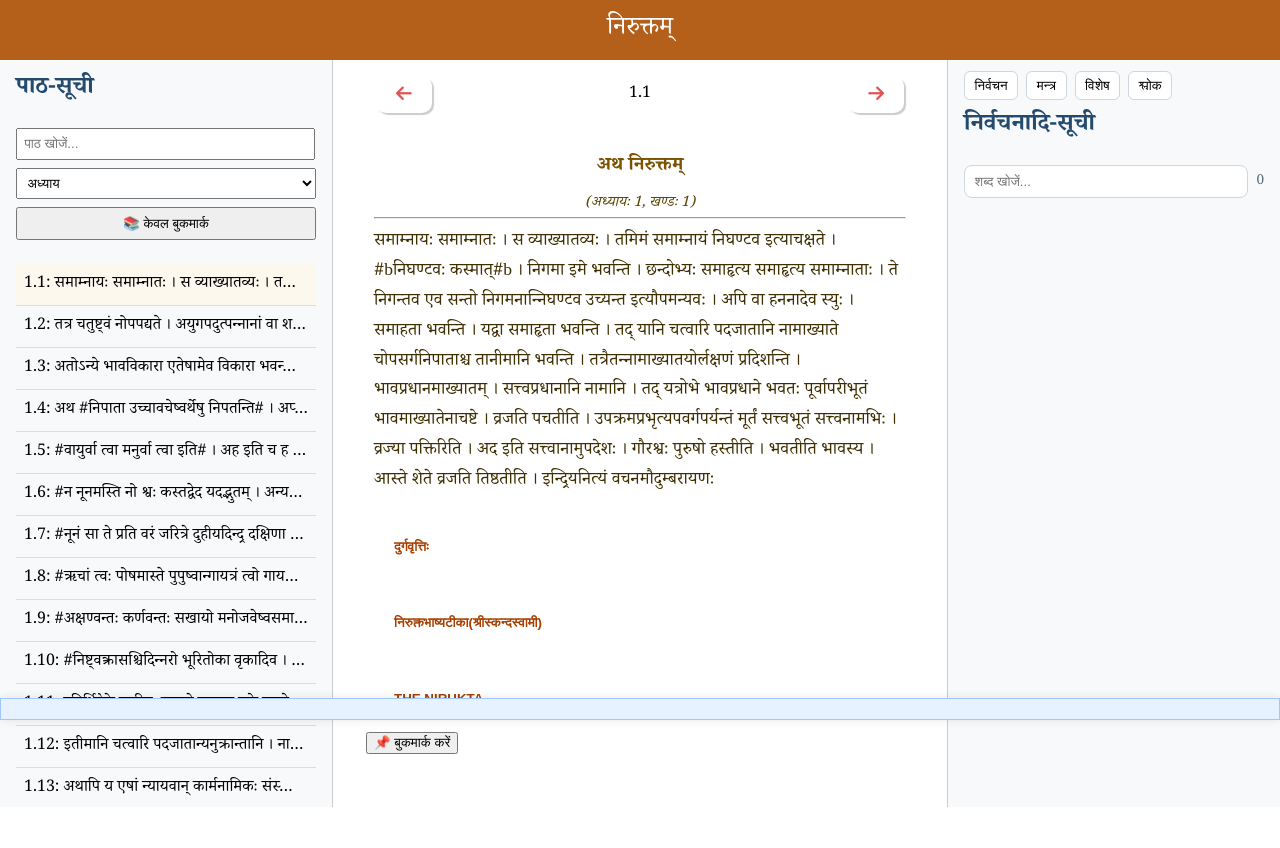
Repository: sanskritsphere/Niruktam
Page: index.html
The author's editor kept a copy of each file at every save. The page is drawn from the files as they stood at one save, then again after the next save.
The browser window is 1280 px wide. The pictures show the whole page.
Some web fonts or font styles are not loaded; a fallback is used.

Above is the page before, as saved 2025-12-04 10:41:54.

After the next save:
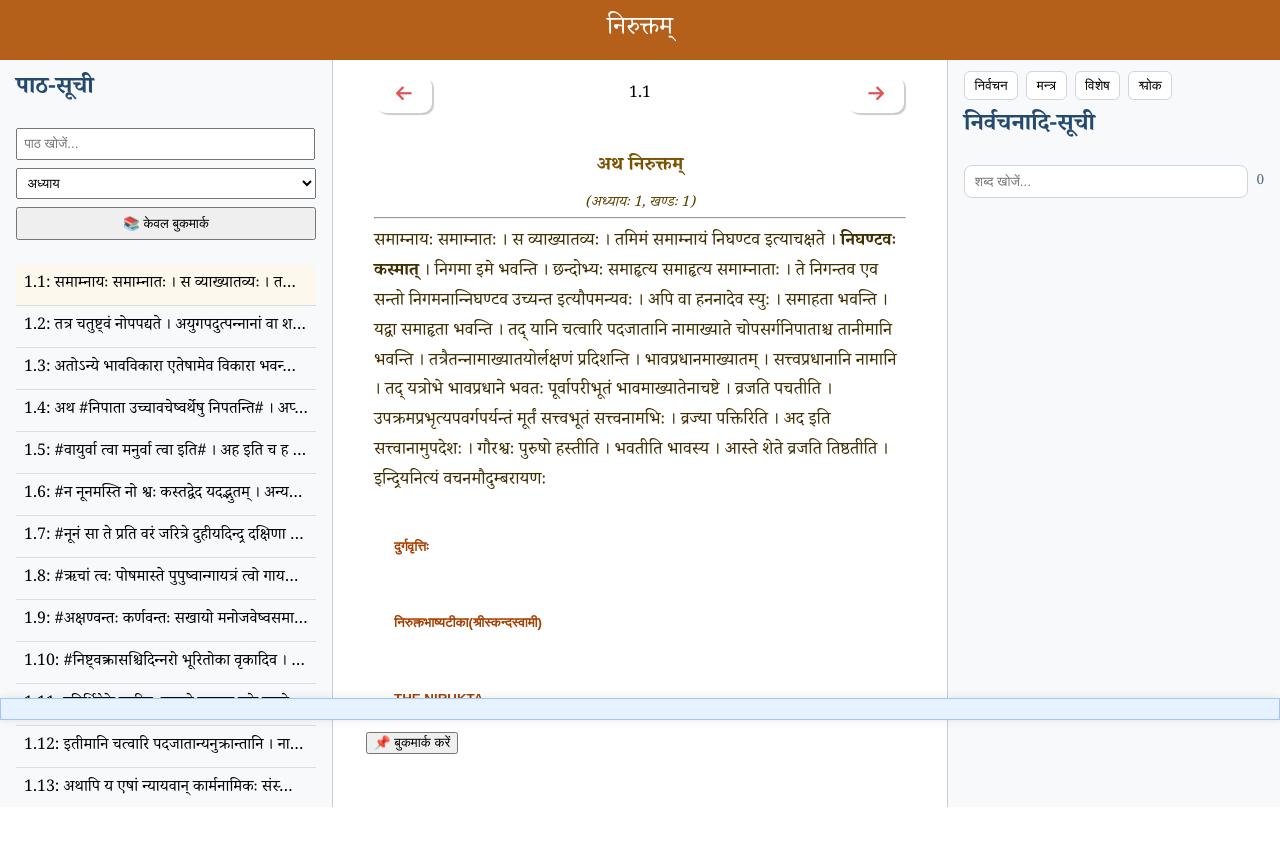
Saved 13 s later.
--- a/script.js
+++ b/script.js
@@ -142,9 +142,8 @@ function processAllTags(str, sutraIdx, field){
   let src = str || '';
   if (!src) return { html: '' };
 
-  const keys = TAGS.map(t => t.key); // ['b','m','v','s']
-  // match pattern: #b ... #b   OR  #m ... #m  etc.
-  const re = new RegExp(`#(${keys.join("|")})([\\s\\S]*?)#\\1`, "g");
+  const keys = TAGS.map(t => t.key);                   // ['b','m','v',...]
+  const re = new RegExp(`(${keys.join("|")})([\\s\\S]*?)\\1`, "g"); // (b|m|v) ... \1
 
   const counters = Object.fromEntries(keys.map(k => [k, 0]));
 
@@ -153,16 +152,15 @@ function processAllTags(str, sutraIdx, field){
     const id = `mark-${tagKey}-${sutraIdx}-${field}-${i}`;
     const label = (inner || '').trim();
 
-    // collect into bucket
+    // collect strictly into active tag bucket
     termsByTag[tagKey].push({ id, label, sutraIdx, field, tag: tagKey });
 
-    // make safe visible anchor
+    // visible anchor (escape to avoid leaking tags)
     return `<span class="mark-anchor tag-${tagKey}" id="${id}"><b>${escapeHTML(label)}</b></span>`;
   });
 
   return { html };
 }
-
 
 
 // =============== RENDER: MAIN PANEL ===============
